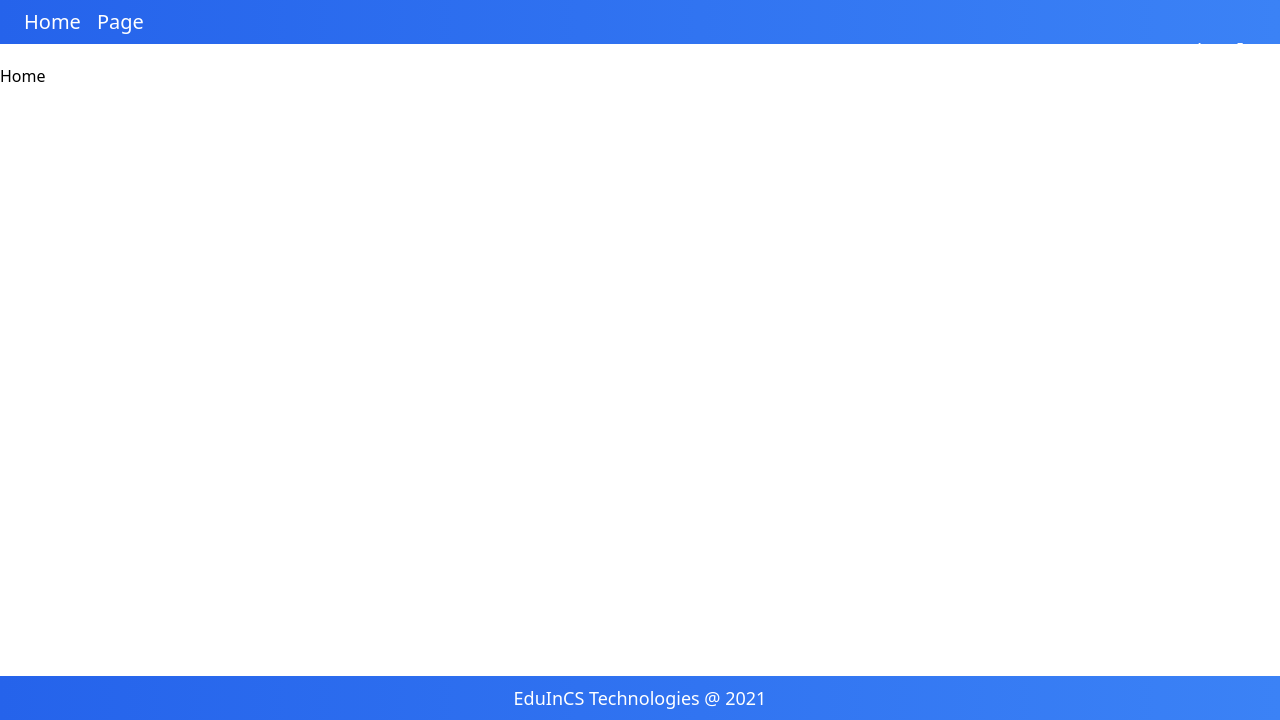
Repository: puspendudas/vue-project
Page: /
The author's editor kept a copy of each file at every save. The page is drawn from the files as they stood at one save, then again after a run of saves.
The browser window is 1280 px wide. The pictures show the whole page.
The project was rebuilt for these pictures with package versions that can differ from the ones it lists, and the page was loaded fresh each time. Also part of the build but not shown: src/component/Login/GoogleLogin.vue, src/component/LoginModal.vue, src/component/Page.vue.

Above is the page before, as saved 2021-02-03 19:25:37.

### src/main.js
import { createApp } from 'vue'
import App from './App.vue'
import './assets/css/style.css'
import router from './router'

const app = createApp(App);
app.use(router);
app.mount('#app');

### src/App.vue
<template >
 <AppNav :isLogedIn="isLogedIn" :authUser="authUser" @open-login-modal="isLoginOpen = true"  />
  <div class="w-full flex">
    <router-view></router-view>
  </div>
  <AppFooter/>
  <LoginModal @close-modal="isLoginOpen = false" v-if="isLoginOpen"/>
</template>
<script>
import AppNav from './component/AppNav'
import AppFooter from './component/AppFooter'
import LoginModal from './component/LoginModal'
import firebase from "./utilities/firebase";
export default {
  components: {AppNav, AppFooter, LoginModal},
  data() {
    return {
      isLoginOpen: false,
      isSignUpOpen: false,
      isLogedIn: false,
      authUser: {}
    }
  },
  mounted() {
    firebase.auth().onAuthStateChanged((user) => {
      if (user) {
        this.isLogedIn = true;
        this.authUser = user;
        console.log(user);
      } else {
        this.isLogedIn=false;
        this.authUser = {};
      }
    });
  }
}
</script>
<style>

</style>

### src/assets/css/style.css
@import "tailwindcss/base";
@import "tailwindcss/components";
@import "tailwindcss/utilities";
.foot {
position: fixed;
bottom: 0;
left: 0;
}

### src/router.js
import { createRouter, createWebHashHistory } from "vue-router";
import Home from "./component/Home.vue";
import Page from "./component/Page.vue";
const routes =[
    {path: '/', component:Home},
    {path: '/home', component:Home},
    {path: '/page', component:Page},
]
const router = createRouter({
    history: createWebHashHistory(),
    routes
});
export default router;

### src/component/AppNav.vue
<template>
  <nav class="w-full bg-gradient-to-r from-blue-600 to-blue-500 text-white px-4 py-2 text-xl ">
    <router-link to="/home" class="mx-2">Home</router-link>
    <router-link to="/page" class="mx-2">Page</router-link>
    <img v-if="isLogedIn" data-src="authUser.photoURL" class="lazy"/>
    <p>{{ authUser.displayName }}</p>
    <button v-if="!isLogedIn" @click="$emit('open-login-modal')" class="float-right mx-2">Log In</button>
    <button v-if="isLogedIn" @click="logout()" class="float-right mx-2">Log Out</button>
  </nav>
</template>

<script>
import firebase from "../utilities/firebase";
export default {
  props : { isLogedIn:Boolean, authUser:Object },
  methods:{
    logout(){
      firebase.auth().signOut();
    }
  }

}
</script>

### src/component/AppFooter.vue
<template>
    <nav class="w-full bg-gradient-to-r from-blue-600 to-blue-500 text-white text-center px-4 py-2 text-lg foot">
      EduInCS Technologies @ {{ year }}
    </nav>
</template>

<script>
export default {
    data() {
        return {
            year: new Date().getFullYear(),
        }
    }

}
</script>

<style>

</style>

### src/utilities/firebase.js
import "firebase/auth";
import firebase from "firebase/app";

const firebaseConfig = {
    // Firebase Config
    apiKey: "AIzaSyBe00p4W4EFMvz7pLyJpuTVDB_6xT1qzL8",
    authDomain: "vue-login-pro.firebaseapp.com",
    projectId: "vue-login-pro",
    storageBucket: "vue-login-pro.appspot.com",
    messagingSenderId: "314753680679",
    appId: "1:314753680679:web:722802dcea4202fb9c5502"

  };
  firebase.initializeApp(firebaseConfig);

export default firebase;

Loaded but not shown: public/index.html (common file); src/component/Home.vue (common file); tailwind.config.js (common file)

After the next 2 saves:
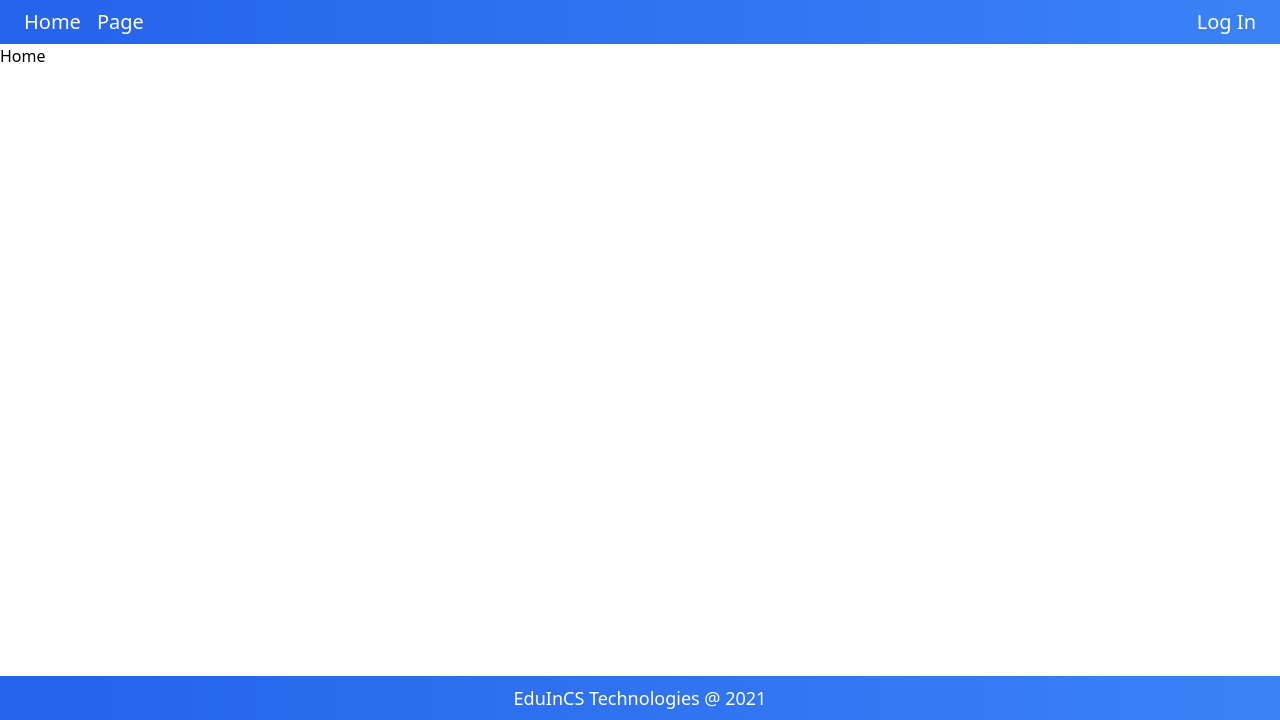
The 2 saves are shown as one change because they came seconds apart.
The last was saved 11 s later.
--- a/src/component/AppNav.vue
+++ b/src/component/AppNav.vue
@@ -3,7 +3,7 @@
     <router-link to="/home" class="mx-2">Home</router-link>
     <router-link to="/page" class="mx-2">Page</router-link>
     <img v-if="isLogedIn" data-src="authUser.photoURL" class="lazy"/>
-    <p>{{ authUser.displayName }}</p>
+    <span>{{ authUser.displayName }}</span>
     <button v-if="!isLogedIn" @click="$emit('open-login-modal')" class="float-right mx-2">Log In</button>
     <button v-if="isLogedIn" @click="logout()" class="float-right mx-2">Log Out</button>
   </nav>
